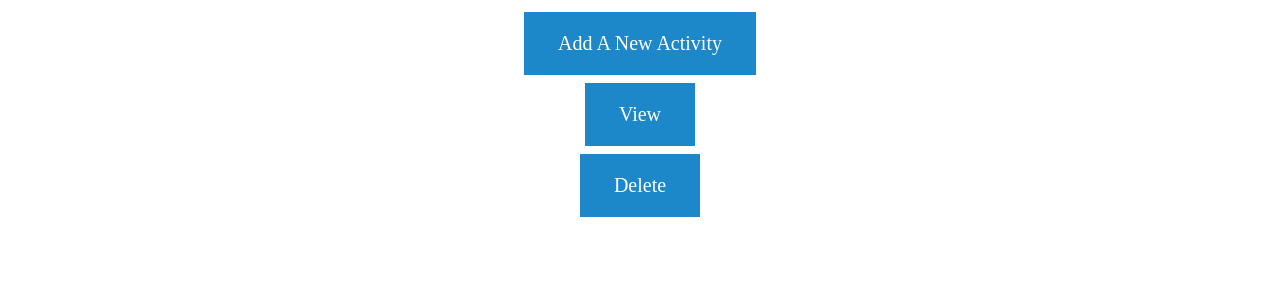
Repository: Malz6/DBMS-ActivityTracking
Page: dbs/WebContent/studentch.html
An editor plug-in stored every save of this project. The page is shown before and after the next save, followed by the edit.
The browser window is 1280 px wide. The pictures show the whole page.

Above is the page before, as saved 2019-12-11 08:31:22.

### dbs/WebContent/studentch.html
<!DOCTYPE html>
<html>
   <head>
      <title>student update</title>
      <style>
         .button {
         background-color: #1c87c9;
         border: none;
         color: white;
         padding: 20px 34px;
         text-align: center;
         text-decoration: none;
         display: inline-block;
         font-size: 20px;
         margin: 4px 2px;
         cursor: pointer;
         }
      </style>
   </head>
   <body>
      <center><a href="insert.html" class="button">Add A New Activity</a><br/></center>
       <center><a href="view.html" class="button">View</a><br/></center>
       <center><a href="delete.html" class="button">Delete</a><br/></center>
   </body>
</html>

After the next save:
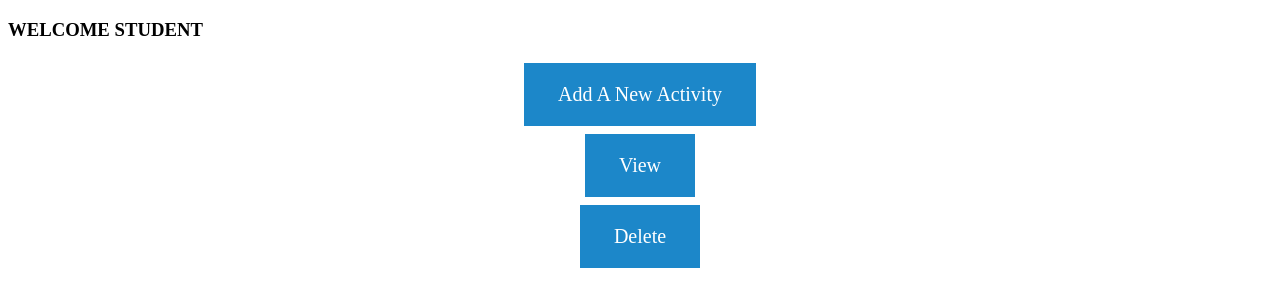
Saved 76 s later.
--- a/dbs/WebContent/studentch.html
+++ b/dbs/WebContent/studentch.html
@@ -18,7 +18,8 @@
       </style>
    </head>
    <body>
-      <center><a href="insert.html" class="button">Add A New Activity</a><br/></center>
+   		<h3>WELCOME STUDENT</h3>
+       <center><a href="insert.html" class="button">Add A New Activity</a><br/></center>
        <center><a href="view.html" class="button">View</a><br/></center>
        <center><a href="delete.html" class="button">Delete</a><br/></center>
    </body>
